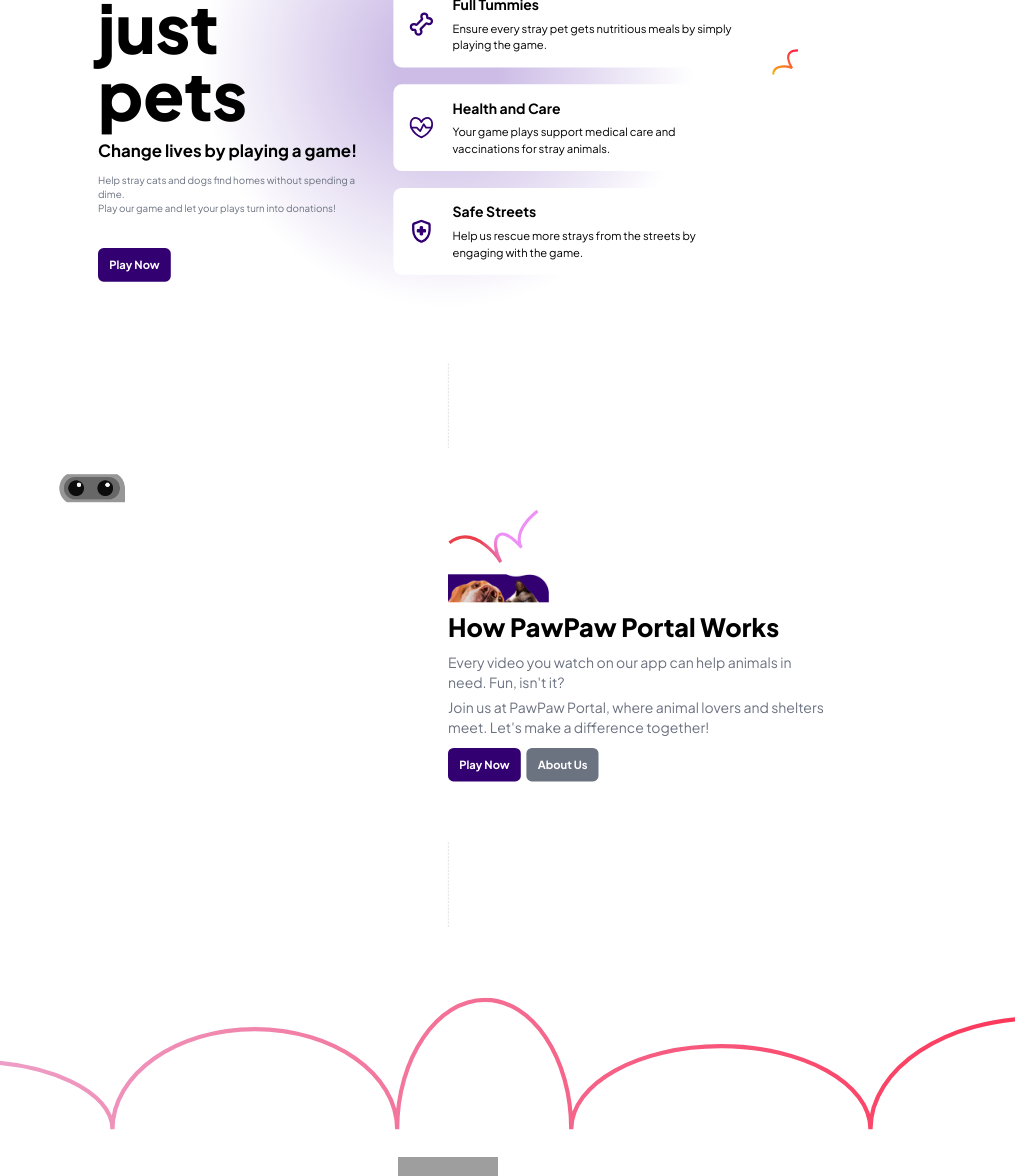
Repository: paskasiregar/pawpawwebsite
Page: /
The author's editor kept a copy of each file at every save. The page is drawn from the files as they stood at one save, then again after the next save.
The browser window is 1280 px wide. The page is 1450 px wide, so the pictures cover 1450 px, including what lies to the right of the window. The pictures show the part of the page from y = 418 to 2098 px (the page is 3234 px tall), at 70% of full size.
Pictures or frames that could not be fetched are drawn as grey boxes. The project was rebuilt for these pictures with package versions that can differ from the ones it lists, and the page was loaded fresh each time. The framework's server and built-in components were replaced by stand-ins that run in the browser. Also part of the build but not shown: next.config.js, next.config.mjs.

Above is the page before, as saved 2024-07-30 20:31:04.

After the next save:
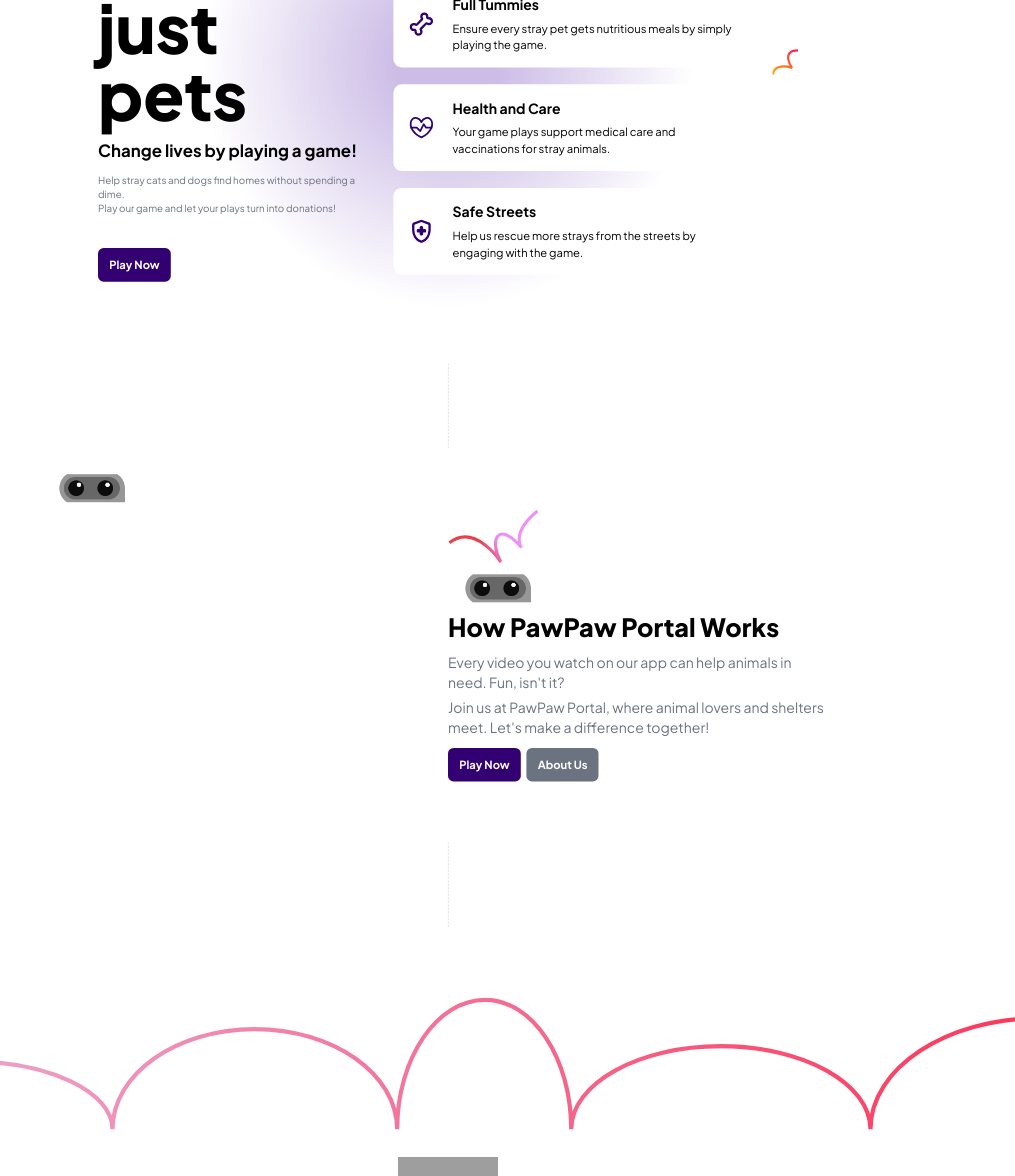
Saved 7 s later.
--- a/src/app/page.js
+++ b/src/app/page.js
@@ -73,7 +73,7 @@ export default async function Home() {
                 <Image
                   className="w-36 h-10 object-cover"
                   alt="Logo"
-                  src={bannerImage}
+                  src={logoImage}
                   width={120}
                   height={20}
                 />
